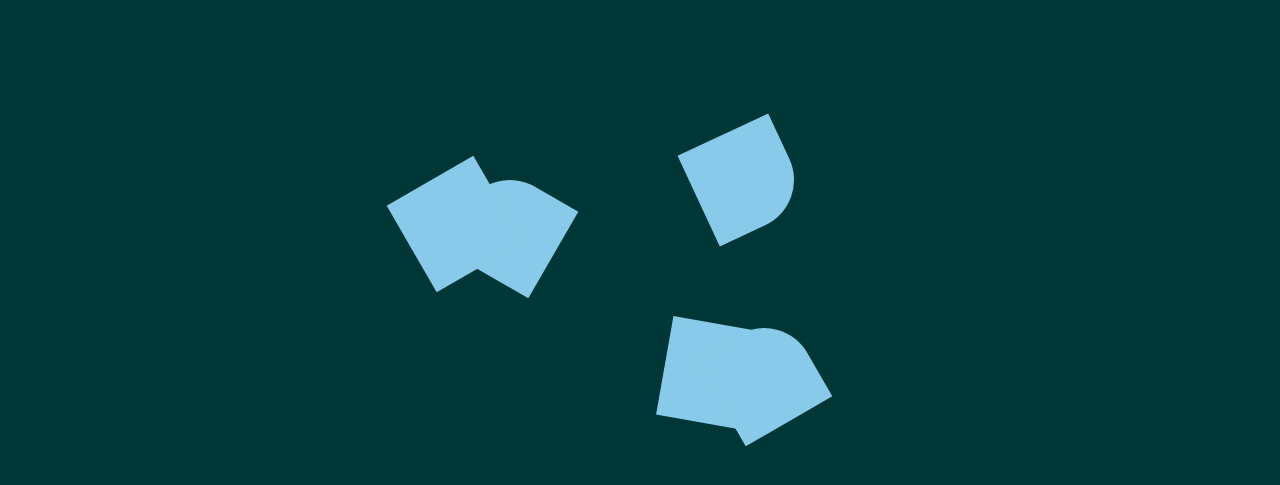
Repository: fangYiYuan/javascript-
Page: transform/添加多个transform属性值.html
An editor plug-in stored every save of this project. The page is shown before and after a run of saves, followed by the edit.
The browser window is 1280 px wide. The pictures show the whole page.

Above is the page before, as saved 2020-04-16 15:35:21.

### transform/添加多个transform属性值.html
<!DOCTYPE html>
<html lang="en">
<head>
  <meta charset="UTF-8">
  <meta name="viewport" content="width=device-width, initial-scale=1.0">
  <meta http-equiv="X-UA-Compatible" content="ie=edge">
  <title>Document</title>
</head>
<style>
  *{
    padding: 0;
    margin: 0;
    background: rgb(1, 54, 54);
  }
  .grid{
    width: 300px;
    height: 400px;
    margin: 100px auto;
  }
  .grid div{
    display: inline-block;
    width: 100px;
    height: 100px;
    background: rgb(136, 202, 233);
  }
  .grid div:nth-child(1){
    border-radius: 50px 0 0 0;
    transform: translate(-30px, 80px) rotate(30deg);
  }
  .grid div:nth-child(2){
    border-radius: 0 50px 0 0;
    transform: translate(100px, 30px) rotate(65deg);
  }
  .grid div:nth-child(3){
    transform: translate(-85px, -30px) rotate(60deg);
  }
  .grid div:nth-child(4){
    transform: translate(70px, 120px) rotate(-80deg);
  }
  .grid div:nth-child(5){
    border-radius: 0 0 0 50px;
    transform: translate(-650px, 97px) rotate(-60deg);
  }
  .grid div:nth-child(6){
    border-radius: 0 0 50px 0;
    transform: translate(120px, 20px) rotate(-120deg);
  }
</style>
<body>
  <div class="grid">
    <div></div>
    <div></div>
    <div></div>
    <div></div>
    <div></div>
    <div></div>
  </div>
</body>
</html>

After the next 2 saves:
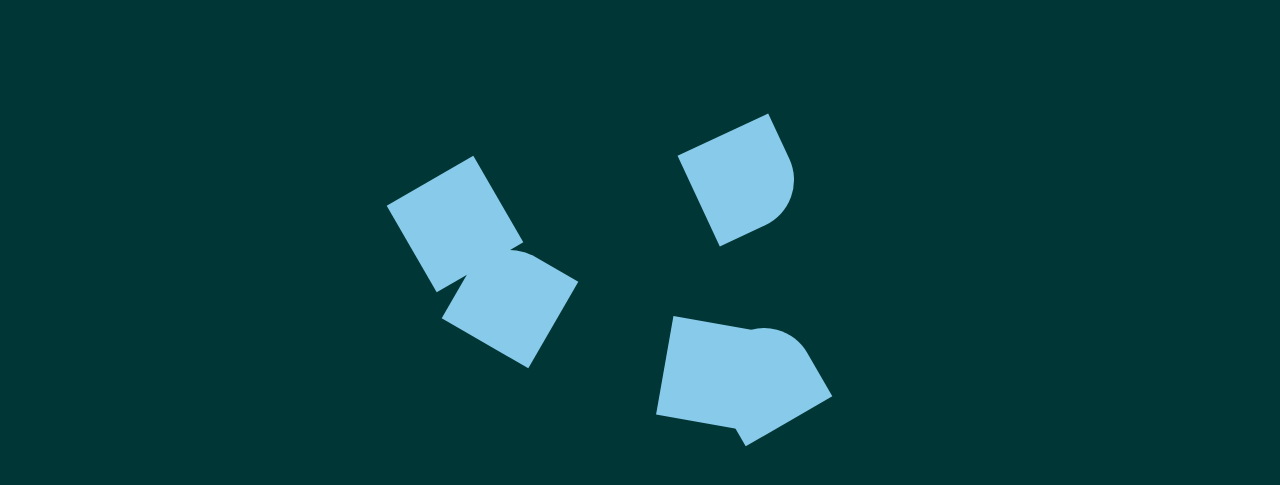
The 2 saves are shown as one change because they came seconds apart.
The last was saved 9 s later.
--- a/transform/添加多个transform属性值.html
+++ b/transform/添加多个transform属性值.html
@@ -25,7 +25,7 @@
   }
   .grid div:nth-child(1){
     border-radius: 50px 0 0 0;
-    transform: translate(-30px, 80px) rotate(30deg);
+    transform: translate(-30px, 150px) rotate(30deg);
   }
   .grid div:nth-child(2){
     border-radius: 0 50px 0 0;
